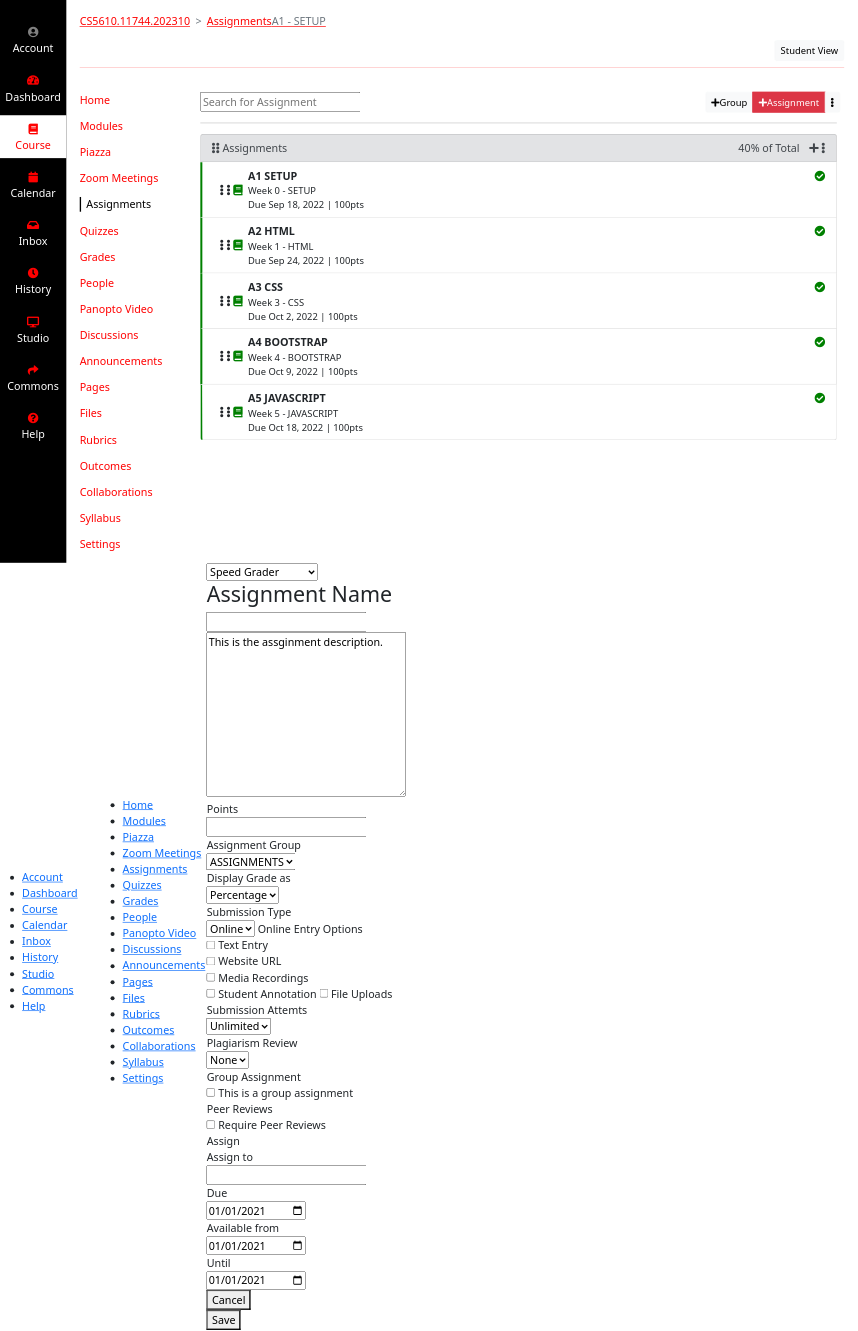
Repository: yuqiant/kanbas-react-web-app
Page: public/kanbas/assignment/edit.html
The author's editor kept a copy of each file at every save. The page is drawn from the files as they stood at one save, then again after the next save.
The browser window is 1280 px wide. The pictures show the whole page, at 67% of full size.

Above is the page before, as saved 2023-10-05 00:25:22.

### public/kanbas/assignment/edit.html
<!DOCTYPE html>
<html lang="en">

<head>

    <meta charset="UTF-8">
    <meta name="viewport" content="width=device-width, initial-scale=1.0">
    <title>Flexbox Layout</title>
    <link rel="stylesheet" href="../../vendors/fontawesome/css/all.min.css">
    <link rel="stylesheet" href="../../vendors/bootstrap/css/bootstrap.min.css" />
    <link href="index.css" rel="stylesheet" />

</head>

<body>
    <div class="flex-container">
        <div class="left-column">

            <ul>
                <li><i class="fa fa-user-circle fa-inverse" style="color: grey;"></i><a
                        href="../account/account.html">Account</a> </li>
                <li><i class="fas fa-tachometer-alt" style="color: red;"></i><a href="#">Dashboard</a></li>
                <li class="active"><i class="fas fa-book" style="color: red;"></i><a
                        href="../course/courseNavigation.html" style="color: red;">Course</a>
                </li>
                <li><i class="fas fa-calendar" style="color: red;""></i><a href=" #">Calendar</a></li>
                <li><i class="fas fa-inbox" style="color: red;"></i><a href="#">Inbox</a></li>
                <li><i class="fas fa-clock" style="color: red;"></i><a href="#">History</a></li>
                <li><i class="fas fa-desktop" style="color: red;"></i><a href="#">Studio</a></li>
                <li><i class="fas fa-share" style="color: red;"></i><a href="#">Commons</a></li>
                <li><i class="fas fa-question-circle" style="color: red;"></i><a href="#">Help</a></li>
            </ul>

        </div>
        <div class="right-column">

            <div class="right-top">
                <nav style="--bs-breadcrumb-divider: '>';" aria-label="breadcrumb">
                    <ol class="breadcrumb">
                        <li class="breadcrumb-item"><a href="../dashboard/index.html"
                                style="color: red;">CS5610.11744.202310</a></li>
                        <li class="breadcrumb-item"><a href="index.html" style="color: red;">Assignments</li>
                        <li class="breadcrumb-item active" aria-current="page">A1 - SETUP</li>

                    </ol>
                </nav>
                <div class="float-sm-end"> <button class="btn btn-light btn-sm">Student View</button>
                </div><br />
                <hr />


            </div>
            <div class="right-bottom">


                <div class="right-bottom-item1">


                    <ul>
                        <li><a href="../home.html">Home</a></li>
                        <li><a href="#">Modules</a></li>
                        <li><a href="#">Piazza</a></li>
                        <li><a href="#">Zoom Meetings</a></li>
                        <li class="active"><a href="assignment/index.html" style="color: black;">Assignments</a></li>
                        <li><a href="#">Quizzes</a></li>
                        <li><a href="grades.html">Grades</a></li>
                        <li><a href="#">People</a></li>
                        <li><a href="#">Panopto Video</a></li>
                        <li><a href="#">Discussions</a></li>
                        <li><a href="#">Announcements</a></li>
                        <li><a href="#">Pages</a></li>
                        <li><a href="#">Files</a></li>
                        <li><a href="#">Rubrics</a></li>
                        <li><a href="#">Outcomes</a></li>
                        <li><a href="#">Collaborations</a></li>
                        <li><a href="#">Syllabus</a></li>
                        <li><a href="coursesetting.html">Settings</a></li>
                    </ul>
                </div>

                <div class="right-bottom-item2">
                    <input type="text" id="myInput" placeholder="Search for Assignment">


                    <div class="float-sm-end">
                        <div class="btn-group" style="margin-right: -5px;">
                            <button class="btn btn-light btn-sm"><i class="fa fa-plus"
                                    aria-hidden="true"></i>Group</button>
                            <button class="btn btn-danger btn-sm"><i class="fa fa-plus"
                                    aria-hidden="true"></i>Assignment</button>
                            <button class="btn btn-light btn-sm"><i class="fa fa-ellipsis-v"
                                    aria-hidden="true"></i></button>

                        </div>

                    </div><br>
                    <hr />




                    <!-- Module 1 -->
                    <div class="list-group mb-4">
                        <a href="edit.html" class="list-group-item list-group-item-secondary"><i
                                class="fas fa-ellipsis-v"></i><i class="fas fa-ellipsis-v"></i>
                            Assignments
                            <div class="float-sm-end">
                                <span class="percentage">40% of Total</span>
                                <span class="icon"><i class="fa fa-plus" aria-hidden="true"></i></span>
                                <span class="icon"><i class="fa fa-ellipsis-v" aria-hidden="true"></i></span>
                            </div>


                        </a>

                        <a href="edit.html" class="list-group-item d-flex justify-content-between align-items-start">

                            <div class="d-flex align-items-center">
                                <div>
                                    <i class="fas fa-ellipsis-v"></i>
                                    <i class="fas fa-ellipsis-v"></i>
                                    <i class="fas fa-book" style="color: green;"></i>

                                </div>
                                <div class="ms-2">
                                    <div class="fw-bold">A1 SETUP</div>
                                    <div style="font-size: 14px;">Week 0 - SETUP<br />Due Sep 18, 2022 | 100pts</div>
                                </div>
                            </div>
                            <div class="float-sm-end"><i class="fas fa-check-circle" style="color: green;"></i></div>



                            </li>

                            <a href="edit.html"
                                class="list-group-item d-flex justify-content-between align-items-start">

                                <div class="d-flex align-items-center">
                                    <div>
                                        <i class="fas fa-ellipsis-v"></i>
                                        <i class="fas fa-ellipsis-v"></i>
                                        <i class="fas fa-book" style="color: green;"></i>

                                    </div>
                                    <div class="ms-2">
                                        <div class="fw-bold">A2 HTML</div>
                                        <div style="font-size: 14px;">Week 1 - HTML<br />Due Sep 24, 2022 | 100pts</div>
                                    </div>


                                </div>
                                <div class="float-sm-end"><i class="fas fa-check-circle" style="color: green;"></i>
                                </div>


                            </a>
                            <a href="edit.html"
                                class="list-group-item d-flex justify-content-between align-items-start">

                                <div class="d-flex align-items-center">
                                    <div>
                                        <i class="fas fa-ellipsis-v"></i>
                                        <i class="fas fa-ellipsis-v"></i>
                                        <i class="fas fa-book" style="color: green;"></i>

                                    </div>
                                    <div class="ms-2">
                                        <div class="fw-bold">A3 CSS</div>
                                        <div style="font-size: 14px;">Week 3 - CSS<br />Due Oct 2, 2022 | 100pts</div>
                                    </div>

                                </div>
                                <div class="float-sm-end"><i class="fas fa-check-circle" style="color: green;"></i>
                                </div>

                            </a>
                            <a href="edit.html"
                                class="list-group-item d-flex justify-content-between align-items-start">

                                <div class="d-flex align-items-center">
                                    <div>
                                        <i class="fas fa-ellipsis-v"></i>
                                        <i class="fas fa-ellipsis-v"></i>
                                        <i class="fas fa-book" style="color: green;"></i>

                                    </div>
                                    <div class="ms-2">
                                        <div class="fw-bold">A4 BOOTSTRAP</div>
                                        <div style="font-size: 14px;">Week 4 - BOOTSTRAP<br />Due Oct 9, 2022 | 100pts
                                        </div>
                                    </div>
                                </div>
                                <div class="float-sm-end"><i class="fas fa-check-circle" style="color: green;"></i>
                                </div>

                            </a>
                            <a href="edit.html"
                                class="list-group-item d-flex justify-content-between align-items-start">

                                <div class="d-flex align-items-center">
                                    <div>
                                        <i class="fas fa-ellipsis-v"></i>
                                        <i class="fas fa-ellipsis-v"></i>
                                        <i class="fas fa-book" style="color: green;"></i>

                                    </div>
                                    <div class="ms-2">
                                        <div class="fw-bold">A5 JAVASCRIPT</div>
                                        <div style="font-size: 14px;">Week 5 - JAVASCRIPT<br />Due Oct 18, 2022 | 100pts
                                        </div>
                                    </div>
                                </div>
                                <div class="float-sm-end"><i class="fas fa-check-circle" style="color: green;"></i>
                                </div>


                            </a>
                    </div>
                </div>
            </div>

        </div>
    </div>
    </div>
</body>


<body>
    <table>
        <tr>
            <td id="firstColumn" style="width: 150px;">
                <ul>
                    <li><a href="index.html">Account</a></li>
                    <li><a href="#">Dashboard</a></li>
                    <li><a href="../coursecol.html">Course</a></li>
                    <li><a href="#">Calendar</a></li>
                    <li><a href="#">Inbox</a></li>
                    <li><a href="#">History</a></li>
                    <li><a href="#">Studio</a></li>
                    <li><a href="#">Commons</a></li>
                    <li><a href="#">Help</a></li>
                </ul>
            </td>
            <td id="secondColumn" style="width: 150px;">
                <ul>
                    <li><a href="../home.html">Home</a></li>
                    <li><a href="#">Modules</a></li>
                    <li><a href="#">Piazza</a></li>
                    <li><a href="#">Zoom Meetings</a></li>
                    <li><a href="index.html">Assignments</a></li>
                    <li><a href="#">Quizzes</a></li>
                    <li><a href="../grades.html">Grades</a></li>
                    <li><a href="#">People</a></li>
                    <li><a href="#">Panopto Video</a></li>
                    <li><a href="#">Discussions</a></li>
                    <li><a href="#">Announcements</a></li>
                    <li><a href="#">Pages</a></li>
                    <li><a href="#">Files</a></li>
                    <li><a href="#">Rubrics</a></li>
                    <li><a href="#">Outcomes</a></li>
                    <li><a href="#">Collaborations</a></li>
                    <li><a href="#">Syllabus</a></li>
                    <li><a href="../coursesetting.html">Settings</a></li>
                </ul>
            </td>
            <td id="thirdColumn" style="width: 250px;">
                <form id="text-fields">

                    <select id="select-one">
                        <option value="ALL">Speed Grader</option>
                        <option value="ALL">Edit</option>
                        <option value="ALL">Duplicate</option>
                        <option value="ALL">Delete</option>
                        <option value="ALL">Move To...</option>
                        <option value="ALL">Send To...</option>
                        <option value="ALL">Copy To...</option>
                        <option value="ALL">Share to Commons</option>
                    </select>
                </form>

                <h2>Assignment Name</h2>

                <input id="text-fields-assginment" /><br />
                <form id="textarea">

                    <textarea cols="30" rows="10">This is the assginment description.</textarea>
                </form>

                <div>Points</div>
                <form id="text-fields">
                    <input id="text-fields-assginment" /><br />
                </form>

                <div>Assignment Group</div>
                <select id="select-one">
                    <option value="ALL">ASSIGNMENTS</option>
                </select>

                <div>Display Grade as</div>
                <select id="select-one">
                    <option value="ALL">Percentage</option>
                </select>

                <div>Submission Type</div>
                <select id="select-one">
                    <option value="ALL">Online</option>
                </select>

                <label>Online Entry Options</label>
                <br />
                <input type="checkbox" value="TEXTENTRY" name="check-genre" id="chkbox-textentry" />
                <label for="chkbox-textentry">Text Entry</label> <br />
                <input type="checkbox" value="WEBSITEURL" name="check-genre" id="chkbox-websiteurl" />
                <label for="chkbox-websiteurl">Website URL</label> <br />
                <input type="checkbox" value="MEDIARECORDINGS" name="check-genre" id="chkbox-mediarecordings" />
                <label for="chkbox-mediarecordings">Media Recordings</label> <br />
                <input type="checkbox" value="STUDENTANNOTATION" name="check-genre" id="chkbox-studentannotation" />
                <label for="chkbox-studentannotation">Student Annotation</label>
                <input type="checkbox" value="FILEUPLOADS" name="check-genre" id="chkbox-fileuploads" />
                <label for="chkbox-fileuploads">File Uploads</label>

                <div>Submission Attemts</div>
                <select id="select-one">
                    <option value="ALL">Unlimited</option>
                </select>

                <div>Plagiarism Review</div>
                <select id="select-one">
                    <option value="ALL">None</option>
                </select>

                <div>Group Assignment
                    <br />
                    <input type="checkbox" value="GROUPASSIGNMENT" name="check-genre" id="chkbox-groupassignment" />
                    <label for="chkbox-groupassignment">This is a group assignment</label> <br />
                </div>

                <div>Peer Reviews
                    <br />
                    <input type="checkbox" value="PEERREVIEWS" name="check-genre" id="chkbox-peerrivews" />
                    <label for="chkbox-peerrivews">Require Peer Reviews</label> <br />
                </div>

                <div>Assign</div>
                <div>Assign to</div>
                <form id="text-fields">
                    <input id="text-fields-assginment" /><br />
                </form>

                <div>Due</div>
                <input type="date" id="text-fields-dob" value="2021-01-01" /><br />

                <div>Available from</div>
                <input type="date" id="text-fields-dob" value="2021-01-01" /><br />

                <div>Until</div>
                <input type="date" id="text-fields-dob" value="2021-01-01" /><br />


                <form action="assignment.html" method="get">
                    <button type="cancel">Cancel</button>
                </form>

                <form action="assignment.html" method="get">
                    <button type="save">Save</button>
                </form>




            </td>

        </tr>
    </table>

</body>

</html>

### public/kanbas/assignment/index.css
.flex-container {
    display: flex;
    height: 100%;
}

/* 左边列 */
.left-column {
    /* flex: 1; */
    /* 占据可用空间的一部分 */
    /* padding: 20px; */
    width: 0 0 80px;
    /* Adjust sidebar width as needed (between 75 and 85 pixels) */
    background-color: black;
    color: white;
    text-align: center;
    padding-top: 20px;
}

.left-column ul {
    list-style-type: none;
    padding: 0;
}

.left-column li {
    margin: 8px 0;
    /* Adjust margin between links as needed (between 5 and 10 pixels) */
    padding: 8px;
    /* Adjust padding around links as needed (between 5 and 10 pixels) */
}

.left-column li.active {
    color: red;
    background-color: white;


}



.left-column a {
    color: white;
    text-decoration: none;
    display: block;
}

.right-column {

    flex: 2;
    /* 占据可用空间的两部分 */
    display: flex;
    flex-direction: column;
    /* 垂直方向排列 */
}

/* 右上部分 */
.right-top {
    padding: 20px;
}

/* 右下部分分为三竖着的部分 */
.right-bottom {
    display: flex;
    flex-direction: row;
    /* 垂直方向排列 */
    flex: 1;
    /* 均分可用空间 */
}

/* 每个竖着的部分 */
.right-bottom-item {
    flex: 1;
    /* 均分可用空间 */
    padding: 10px;
}

.right-bottom-item1 {
    width: 200px;

    /* padding: 10px; */
    border-left: 25px
}

.right-bottom-item1 a {
    color: red;
    text-decoration: none;

}


.right-bottom-item1 ul {
    list-style: none;
    padding: 0;
}

.right-bottom-item1 li {
    margin-bottom: 15px;
    padding-left: 20px;
}

.right-bottom-item1 li.active a {
    color: black;
    padding-left: 8px;

    /* padding-right: 10px; */

    border-left: 2px solid black;
}


.right-bottom-item2 {
    width: 950px;

    /* padding: 10px; */
    border-left: 25px;
    /* flex-direction: column; */
}

.custom-indent {
    padding-left: 40px;
    /* 调整适当的缩进大小 */
}

.right-bottom-item3 {
    width: 200px;

    padding-left: 25px;
    /* padding: 10px; */
    /* border-left: 25px; */
    /* flex-direction: column; */
}

.smaller-text {
    font-size: 14px;
}

.percentage {
    display: inline-block;
    margin-right: 10px;
    /* 添加间距 */
}

.icon {
    display: inline-block;
}

.align-items-center {
    padding-left: 10px;
}

.align-items-start {
    border-left: 3px solid green;

}

Loaded but not shown: public/vendors/fontawesome/css/all.min.css (library); public/vendors/bootstrap/css/bootstrap.min.css (library)

After the next save:
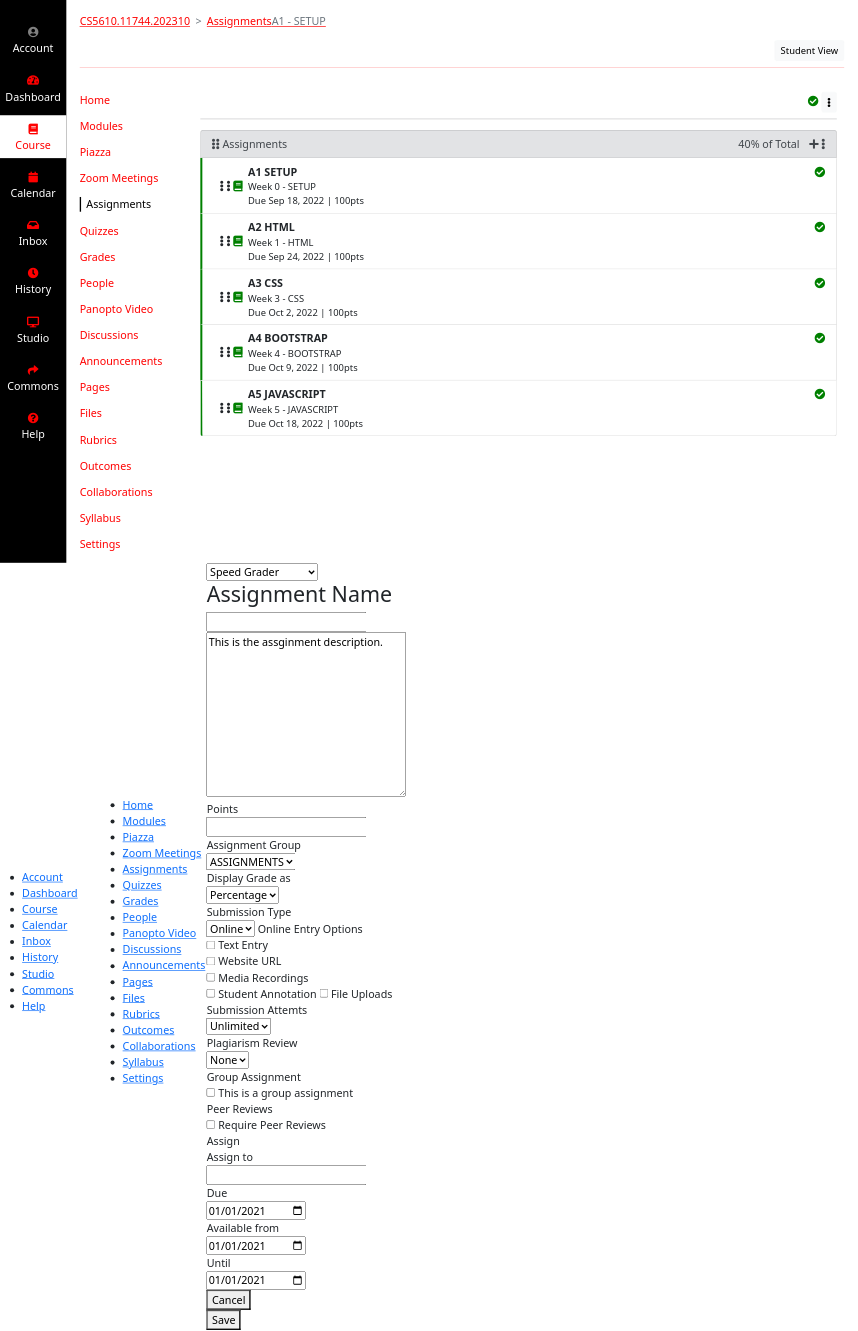
Saved 2 min 6 s later.
--- a/public/kanbas/assignment/edit.html
+++ b/public/kanbas/assignment/edit.html
@@ -79,19 +79,14 @@
                 </div>
 
                 <div class="right-bottom-item2">
-                    <input type="text" id="myInput" placeholder="Search for Assignment">
 
 
                     <div class="float-sm-end">
-                        <div class="btn-group" style="margin-right: -5px;">
-                            <button class="btn btn-light btn-sm"><i class="fa fa-plus"
-                                    aria-hidden="true"></i>Group</button>
-                            <button class="btn btn-danger btn-sm"><i class="fa fa-plus"
-                                    aria-hidden="true"></i>Assignment</button>
-                            <button class="btn btn-light btn-sm"><i class="fa fa-ellipsis-v"
-                                    aria-hidden="true"></i></button>
-
-                        </div>
+                        <i class="fas fa-check-circle" style="color: green;"></i>
+                        <button class="btn btn-light btn-sm"><i class="fas fa-ellipsis-v"></i></button>
+
+
+
 
                     </div><br>
                     <hr />
